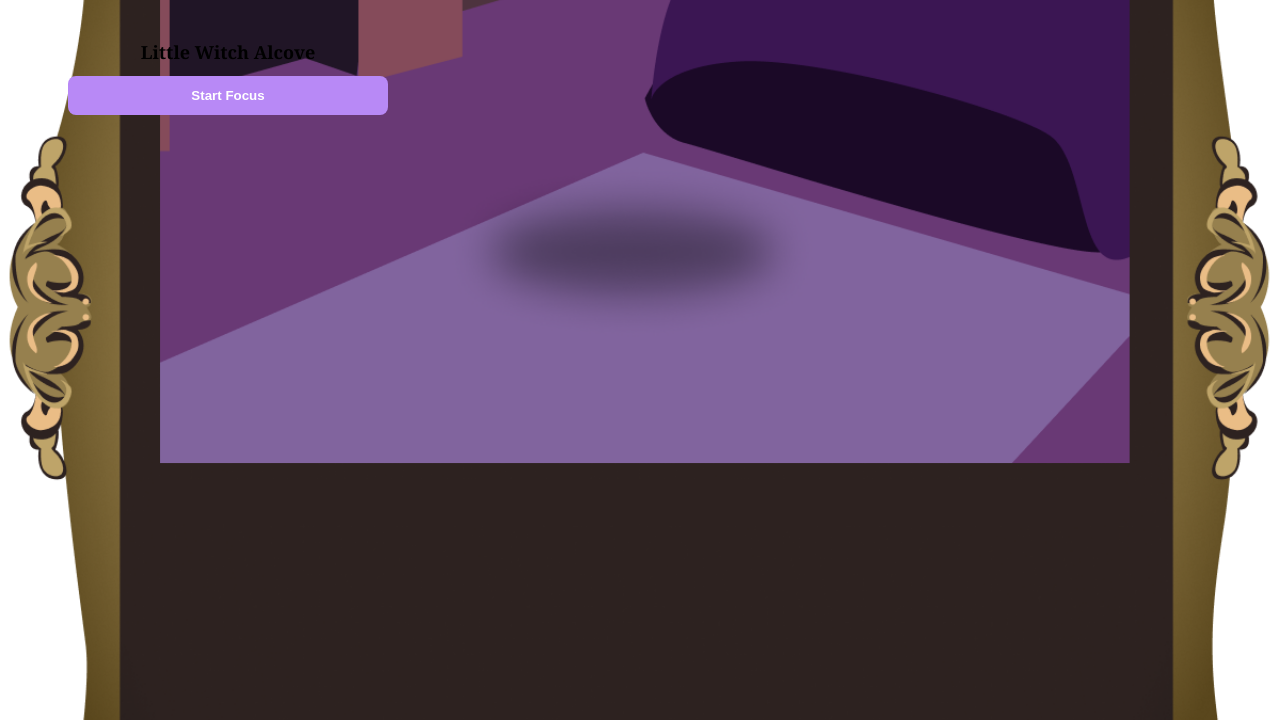
Repository: zhangolivia7/Little-Witch-Alcove
Page: popup.html
These files come from the project's save history. The page is drawn as it stood at one moment and after the next save; the edit follows.
The browser window is 1280 px wide. The pictures show the whole page.

Above is the page before, as saved 2025-11-15 15:33:40.

### popup.html
<!DOCTYPE html>
<html>
  <head>
    <title>Little Witch Alcove</title>
    <link rel="stylesheet" href="popup.css">
  </head>
  <body>
    <h1>Little Witch Alcove</h1>
    <button id="focus-btn">Start Focus</button>

    <script src="popup.js"></script>
  </body>
</html>

### popup.css
body {
    width: 400px;
    height: 550px;
    background: url("Assets/No UI.png") no-repeat center center;
    background-size: cover;
    padding: 20px;
    font-family: "Georgia", serif;
  }

  h1 {
    font-size: 18px;
    text-align: center;
  }

  #focus-btn {
    width: 80%;
    margin-left: 10%;
    padding: 12px;
    border-radius: 8px;
    background: #b889f6;
    color: white;
    font-weight: bold;
    border: none;
    cursor: pointer;
  }

### popup.js
document.getElementById("focus-btn").addEventListener("click", () => {
    alert("Hex of Concentration activated! 🔮");
  });

After the next save:
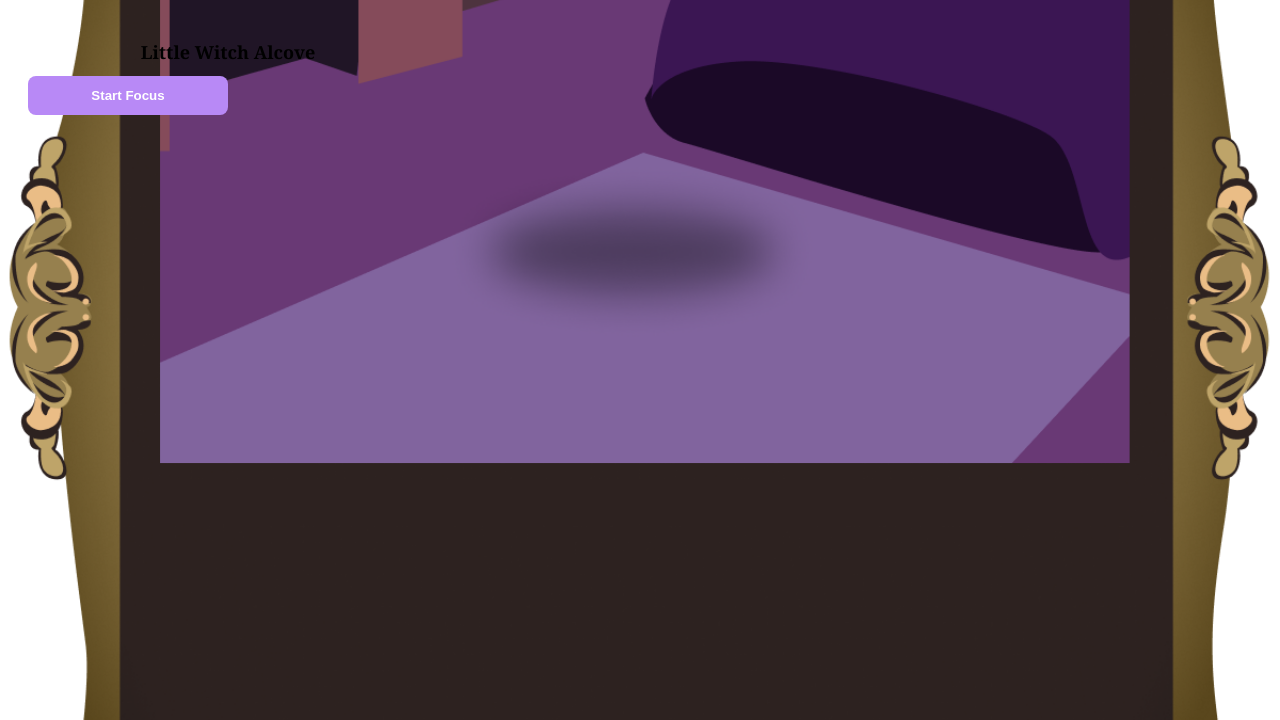
Saved 25 s later.
--- a/popup.css
+++ b/popup.css
@@ -13,8 +13,8 @@ body {
   }
 
   #focus-btn {
-    width: 80%;
-    margin-left: 10%;
+    width: 50%;
+    margin: auto;
     padding: 12px;
     border-radius: 8px;
     background: #b889f6;
